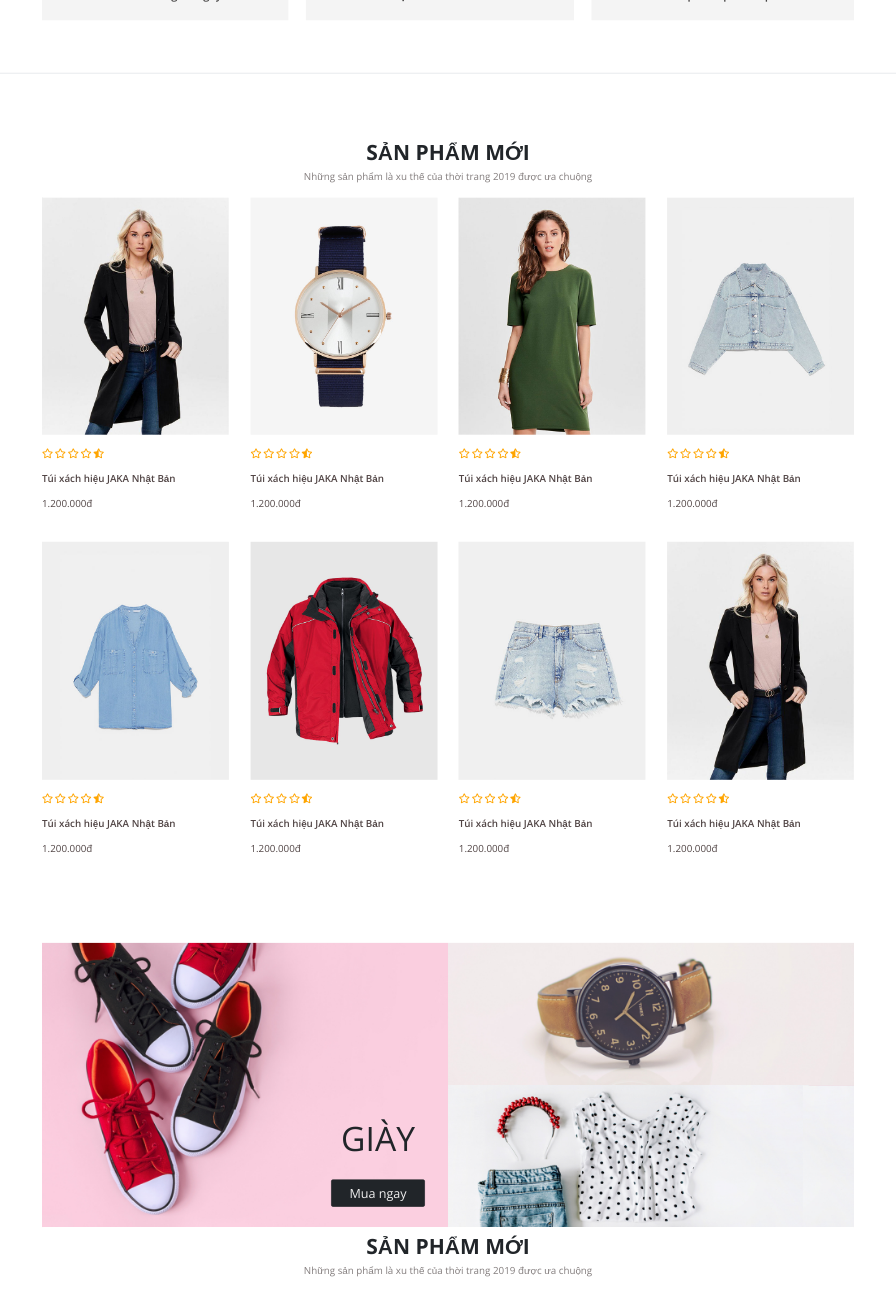
Repository: vinhtk0209/clothes-shop
Page: index.html
These files come from the project's save history. The page is drawn as it stood at one moment and after the next save; the edit follows.
The browser window is 1280 px wide. The pictures show the part of the page from y = 840 to 2760 px (the page is 2712 px tall before and 2760 px after), at 70% of full size.

Above is the page before, as saved 2021-10-05 18:03:22.

After the next save:
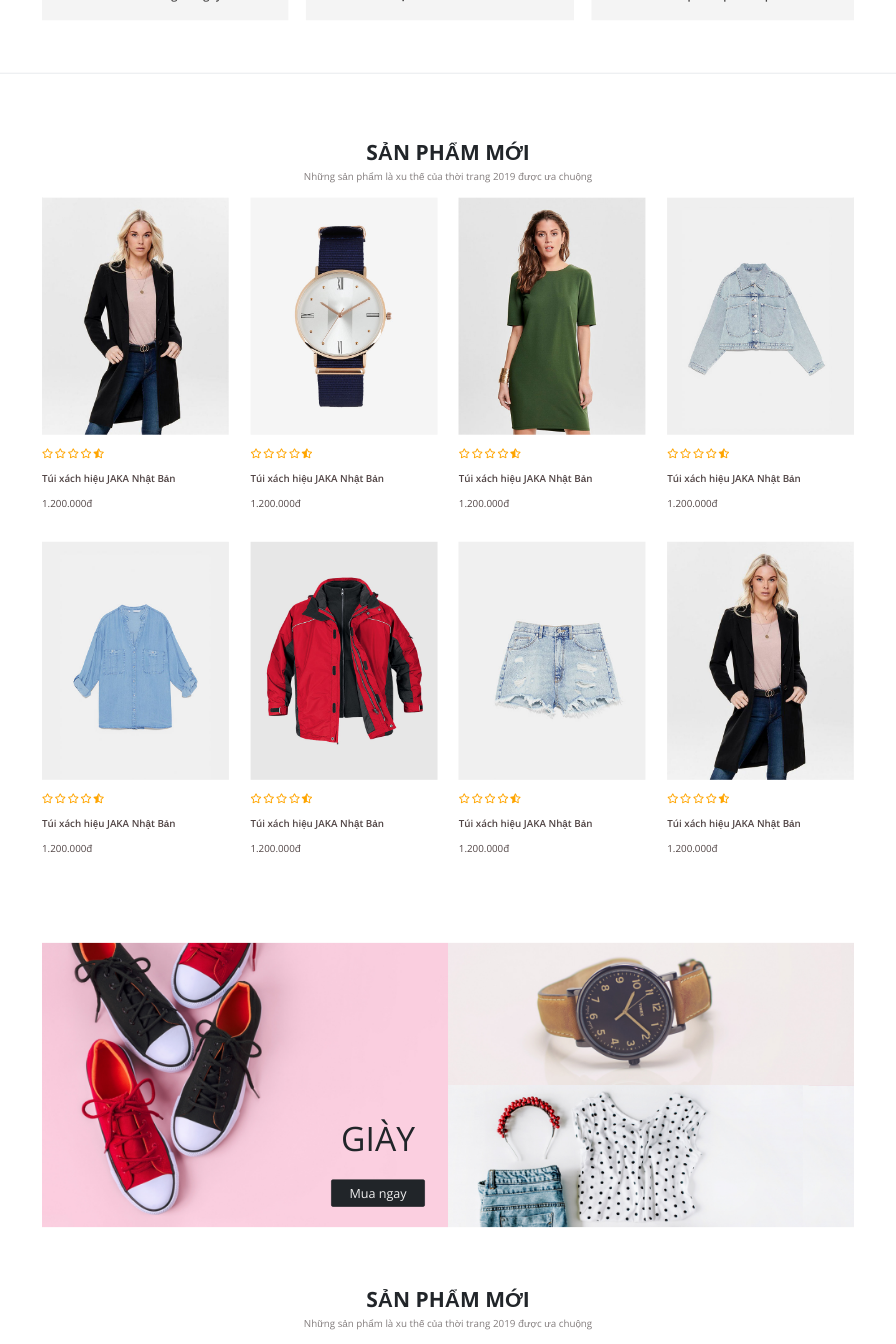
Saved 32 s later.
--- a/index.html
+++ b/index.html
@@ -540,7 +540,7 @@
 
             </ul>
             <!-- END LIST PRODUCT -->
-            <div class="img-descr d-flex">
+            <div class="img-descr d-flex mb-75">
               <div class="img-descr__shoes position-relative">
                 <img src="assets/images/category-1.jpg" alt="" class="img-fluid d-block">
                   <!-- CARD INFO -->
